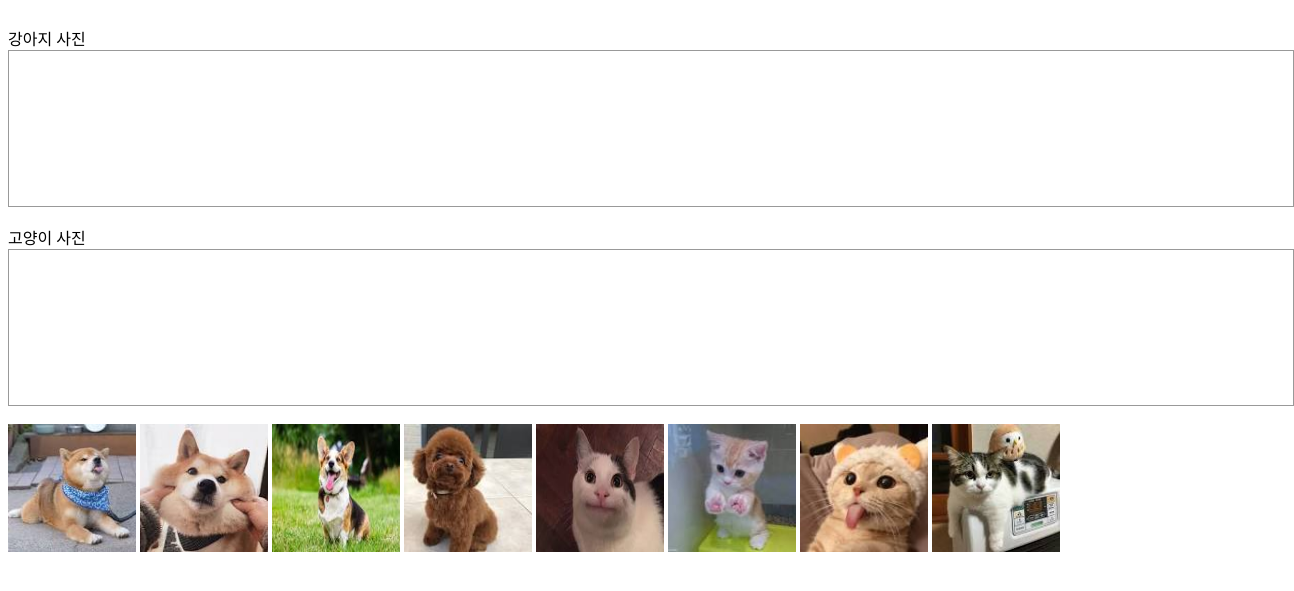
Repository: leetaehyeon123/SpringBaseSources
Page: http://localhost/DAD/
The author's editor kept a copy of each file at every save. The page is drawn from the files as they stood at one save, then again after the next save.
The browser window is 1280 px wide. The page is 1294 px wide, so the pictures cover 1294 px, including what lies to the right of the window. The pictures show the whole page.
The page is served by Tomcat 9. Other server files are loaded and not shown.

Above is the page before, as saved 2020-06-28 02:16:02.

### 드래그앤드롭 소스코드/DragAndDrop/DAD/src/main/webapp/WEB-INF/views/main.jsp
<%@ page language="java" contentType="text/html; charset=UTF-8"
    pageEncoding="UTF-8"%>
<!DOCTYPE html>
<html>
<head>
<meta charset="UTF-8">
<title>Insert title here</title>
<!-- !!!!!!!!!!!!!!!!!!!!!!!!!!!!!!! ondragstart에서 ondragover로 이동한다. 이동할 아이는 draggable="true" 를 해줘야한다. -->
<style>
/* 드래그해 놓을 상자의 모양을 정합니다. 지금은 신경쓰지 않으셔도 됩니다. */
#div1,#div2 {width:100%;height:135px;padding:10px;border:1px solid #999;}
</style>
<script>
function allowDrop(ev) {
    ev.preventDefault();
}

function drag(ev) {
    ev.dataTransfer.setData("text", ev.target.id);
}

function drop(ev) {
    ev.preventDefault();
    var data = ev.dataTransfer.getData("text");
    ev.target.appendChild(document.getElementById(data));
    var div1Ch=document.getElementById("div1").childNodes;
    var div2Ch=document.getElementById("div2").childNodes;
    if(div1Ch[0].id.indexOf('dog')!=-1&&div1Ch[1].id.indexOf('dog')!=-1&&div1Ch[2].id.indexOf('dog')!=-1&&div1Ch[3].id.indexOf('dog')!=-1
    	    &&div2Ch[0].id.indexOf('cat')!=-1&&div2Ch[1].id.indexOf('cat')!=-1&&div2Ch[2].id.indexOf('cat')!=-1&&div2Ch[3].id.indexOf('cat')!=-1){
		alert(123);
        }
}
</script>
</head>
<body>
<br>강아지 사진
<div id="div1" ondrop="drop(event)" ondragover="allowDrop(event)"></div>
<br>고양이 사진
<div id="div2" ondrop="drop(event)" ondragover="allowDrop(event)"></div>
<br>
<div id="div3" ondrop="drop(event)" ondragover="allowDrop(event)">
<img id="dog1" src="resources/img/dog1.jpg" draggable="true" ondragstart="drag(event)" width="128" height="128">
<img id="dog2" src="resources/img/dog2.jpg" draggable="true" ondragstart="drag(event)" width="128" height="128">
<img id="dog3" src="resources/img/dog3.jpg" draggable="true" ondragstart="drag(event)" width="128" height="128">
<img id="dog4" src="resources/img/dog4.jpg" draggable="true" ondragstart="drag(event)" width="128" height="128">
<img id="cat1" src="resources/img/cat1.jpg" draggable="true" ondragstart="drag(event)" width="128" height="128">
<img id="cat2" src="resources/img/cat2.jpg" draggable="true" ondragstart="drag(event)" width="128" height="128">
<img id="cat3" src="resources/img/cat3.jpg" draggable="true" ondragstart="drag(event)" width="128" height="128">
<img id="cat4" src="resources/img/cat4.jpg" draggable="true" ondragstart="drag(event)" width="128" height="128">
</div>
</body>
</html>

After the next save:
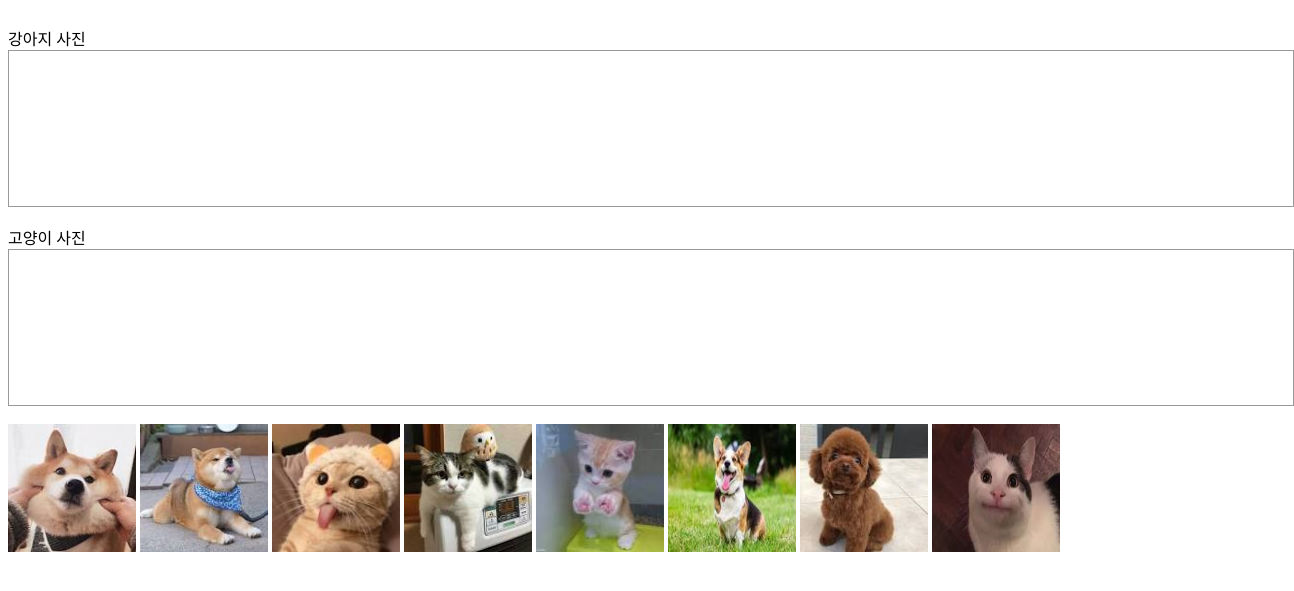
Saved 96 s later.
--- a/드래그앤드롭 소스코드/DragAndDrop/DAD/src/main/webapp/WEB-INF/views/main.jsp
+++ b/드래그앤드롭 소스코드/DragAndDrop/DAD/src/main/webapp/WEB-INF/views/main.jsp
@@ -39,14 +39,14 @@ function drop(ev) {
 <div id="div2" ondrop="drop(event)" ondragover="allowDrop(event)"></div>
 <br>
 <div id="div3" ondrop="drop(event)" ondragover="allowDrop(event)">
+<img id="dog2" src="resources/img/dog2.jpg" draggable="true" ondragstart="drag(event)" width="128" height="128">
 <img id="dog1" src="resources/img/dog1.jpg" draggable="true" ondragstart="drag(event)" width="128" height="128">
-<img id="dog2" src="resources/img/dog2.jpg" draggable="true" ondragstart="drag(event)" width="128" height="128">
+<img id="cat3" src="resources/img/cat3.jpg" draggable="true" ondragstart="drag(event)" width="128" height="128">
+<img id="cat4" src="resources/img/cat4.jpg" draggable="true" ondragstart="drag(event)" width="128" height="128">
+<img id="cat2" src="resources/img/cat2.jpg" draggable="true" ondragstart="drag(event)" width="128" height="128">
 <img id="dog3" src="resources/img/dog3.jpg" draggable="true" ondragstart="drag(event)" width="128" height="128">
 <img id="dog4" src="resources/img/dog4.jpg" draggable="true" ondragstart="drag(event)" width="128" height="128">
 <img id="cat1" src="resources/img/cat1.jpg" draggable="true" ondragstart="drag(event)" width="128" height="128">
-<img id="cat2" src="resources/img/cat2.jpg" draggable="true" ondragstart="drag(event)" width="128" height="128">
-<img id="cat3" src="resources/img/cat3.jpg" draggable="true" ondragstart="drag(event)" width="128" height="128">
-<img id="cat4" src="resources/img/cat4.jpg" draggable="true" ondragstart="drag(event)" width="128" height="128">
 </div>
 </body>
 </html>
